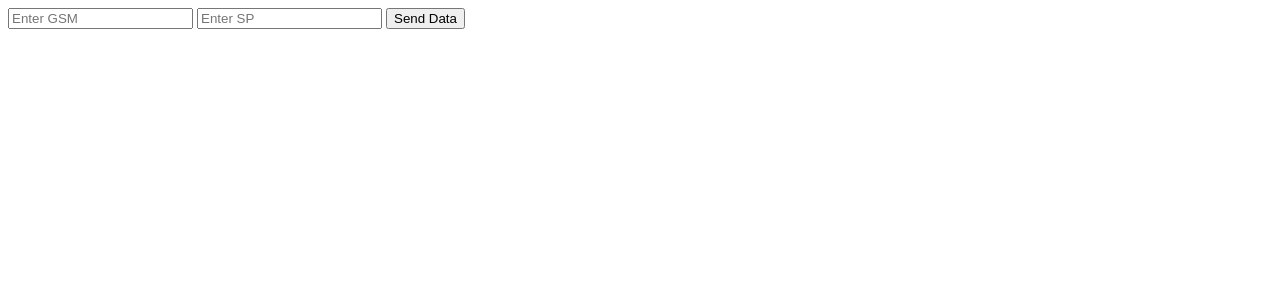
Repository: daBatmanCoder/redirect_back
Page: index.html
The author's editor kept a copy of each file at every save. The page is drawn from the files as they stood at one save, then again after the next save.
The browser window is 1280 px wide. The pictures show the whole page.

Above is the page before, as saved 2024-08-01 10:05:28.

### index.html
<!DOCTYPE html>
<html lang="en">
<head>
    <meta charset="UTF-8">
    <meta name="viewport" content="width=device-width, initial-scale=1.0">
    <title>Redirect Back</title>
</head>
<body>
    <input type="text" id="eenGsmInput" placeholder="Enter GSM">
    <input type="text" id="deSpInput" placeholder="Enter SP">
    <button onclick="returnBack()">Send Data</button>

    <script src="script.js"></script>
</body>
</html>

### script.js


function returnBack() {

    const een_gsm = document.getElementById('eenGsmInput').value;
    const de_sp = document.getElementById('deSpInput').value;

    // Construct the data to send
    const data_to_send = {
        action: "ITEM",
        body: {
            item: een_gsm,
            sp: de_sp
        }
    };

      if (window.webkit && window.webkit.messageHandlers && window.webkit.messageHandlers.buttonPressed) {
        window.webkit.messageHandlers.buttonPressed.postMessage(JSON.stringify(data_to_send))
      } else if (window.AndroidBridge && window.AndroidBridge.processAction) {
        window.AndroidBridge.processAction(JSON.stringify(data_to_send));
      } else {
        console.log("Native interface not available");
      }


}

After the next save:
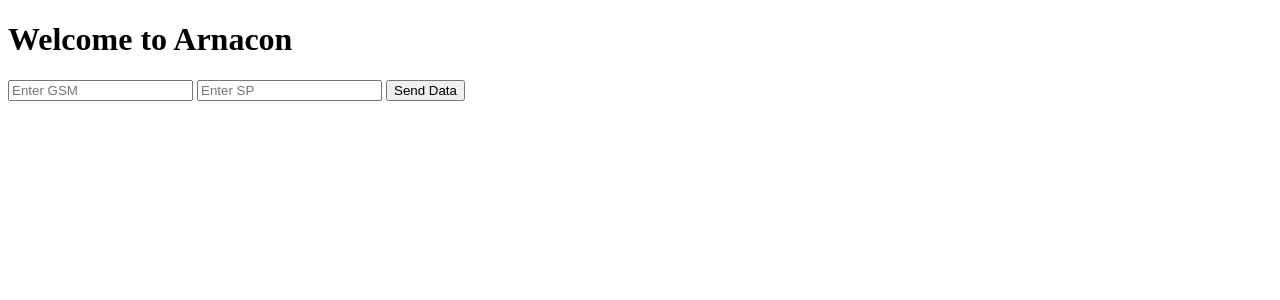
Saved 21 s later.
--- a/index.html
+++ b/index.html
@@ -6,6 +6,7 @@
     <title>Redirect Back</title>
 </head>
 <body>
+    <h1>Welcome to Arnacon</h1>
     <input type="text" id="eenGsmInput" placeholder="Enter GSM">
     <input type="text" id="deSpInput" placeholder="Enter SP">
     <button onclick="returnBack()">Send Data</button>
